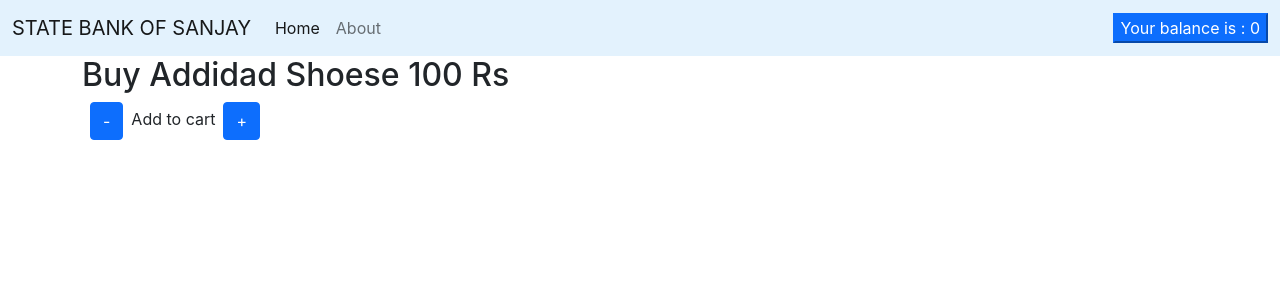
Repository: Sanjayjangra88/online_shop
Page: /products
The author's editor kept a copy of each file at every save. The page is drawn from the files as they stood at one save, then again after the next save.
The browser window is 1280 px wide. The pictures show the whole page.
The project was rebuilt for these pictures with package versions that can differ from the ones it lists, and the page was loaded fresh each time. Also part of the build but not shown: src/App.css.

Above is the page before, as saved 2022-03-29 13:35:31.

After the next save:
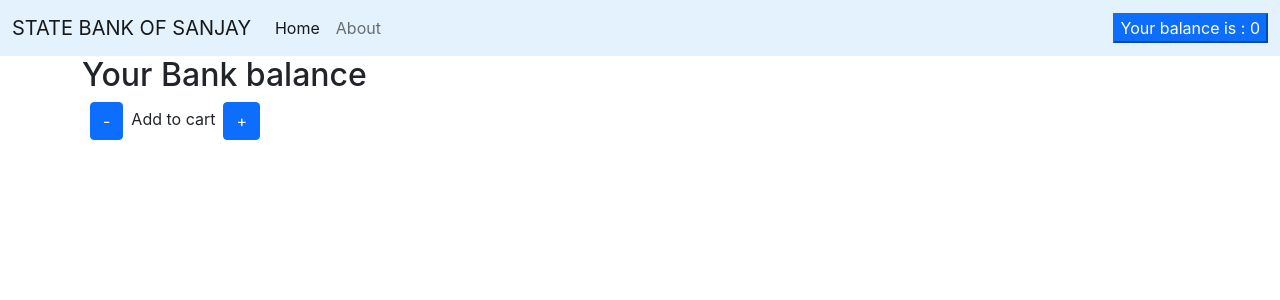
Saved 78 s later.
--- a/src/components/Shop.js
+++ b/src/components/Shop.js
@@ -3,7 +3,7 @@
 const Shop = () => {
   return (
     <div>
-        <h2>Buy Addidad Shoese 100 Rs</h2>
+        <h2>Your Bank balance</h2>
       <button className="btn btn-primary mx-2">-</button>
        Add to  cart
       <button className="btn btn-primary mx-2">+</button>
